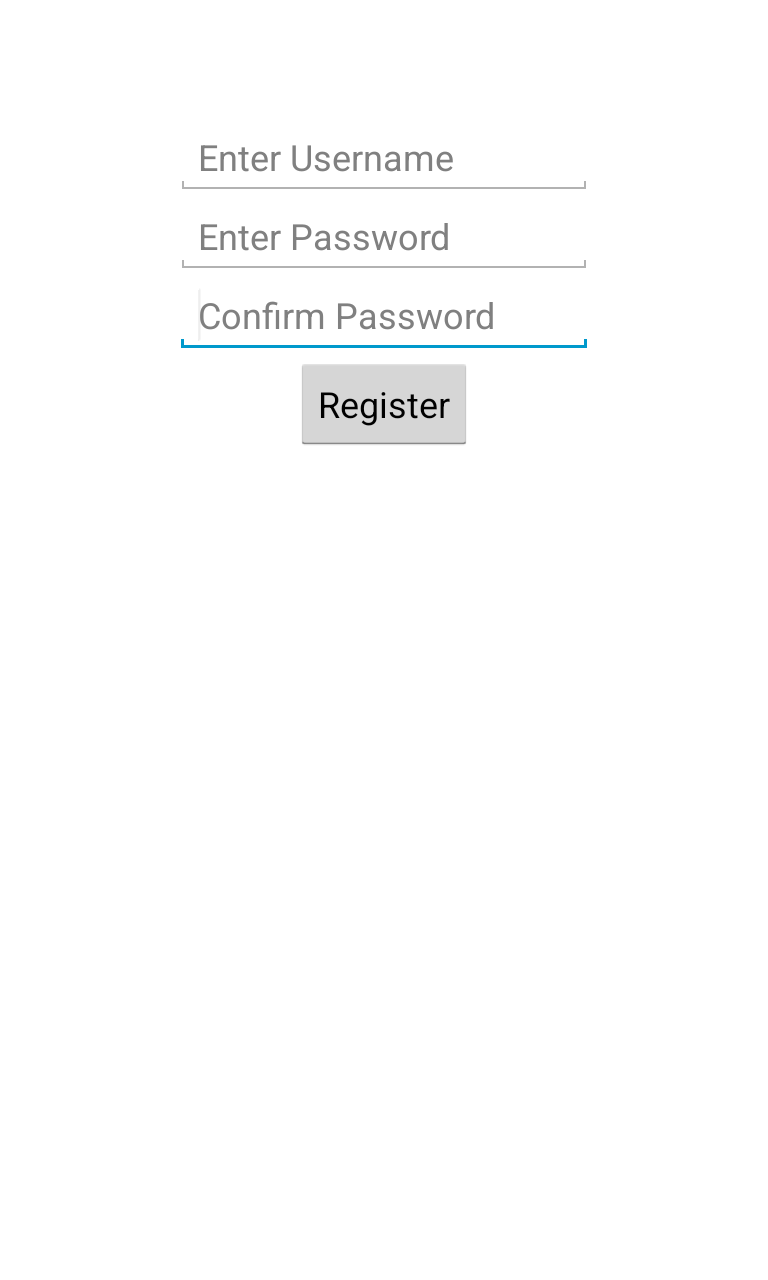
Repository: lethe13/AndroidProgramming
Layout: COMP304-Group1-MicroProject5/res/layout/activity_register.xml
An editor plug-in stored every save of this project. The layout is shown before and after the next save, followed by the edit.
It is drawn on a 768 x 1280 px phone screen (xhdpi) without system bars, with theme AppTheme; the app's code is not run.

Above is the layout before, as saved 2015-12-05 06:43:38.

After the next save:
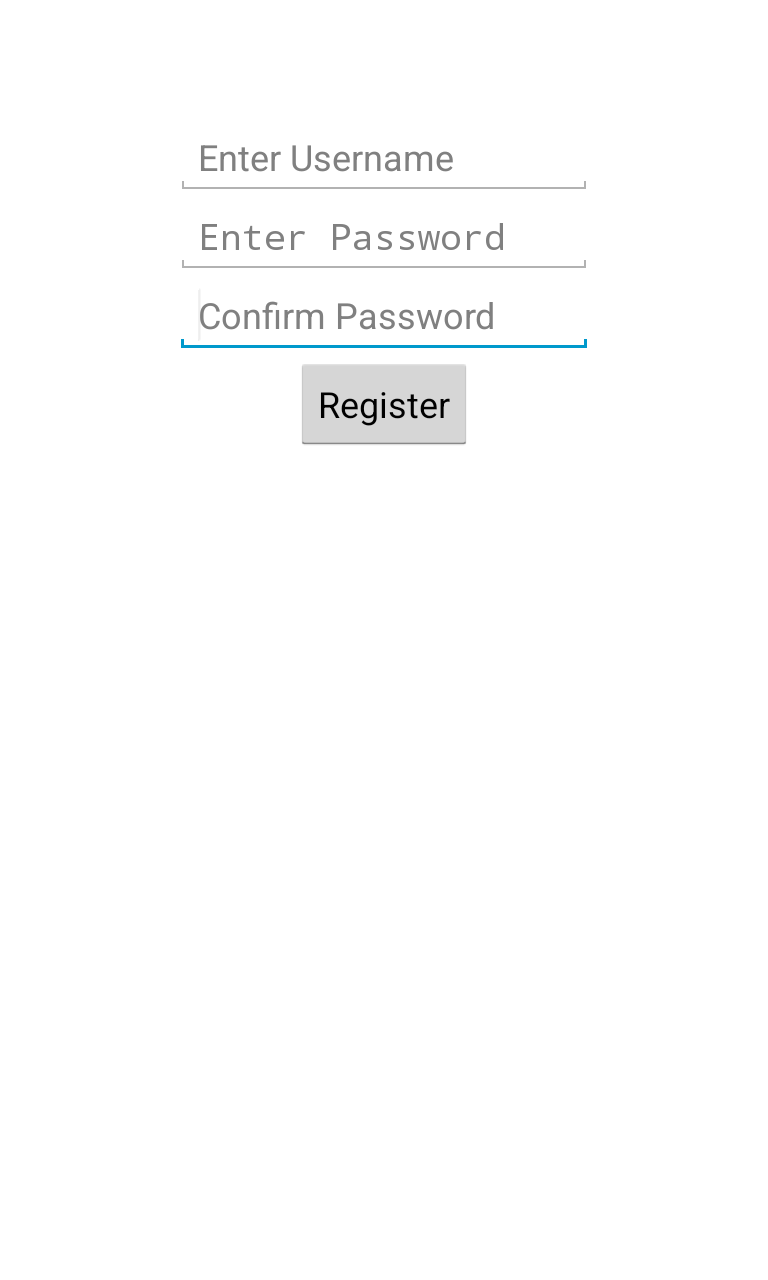
Saved 20 s later.
--- a/COMP304-Group1-MicroProject5/res/layout/activity_register.xml
+++ b/COMP304-Group1-MicroProject5/res/layout/activity_register.xml
@@ -34,6 +34,7 @@
         android:layout_below="@+id/reg_user"
         android:layout_centerHorizontal="true"
         android:ems="10"
+        android:inputType="textPassword"
         android:hint="Enter Password" />
 
     <EditText
